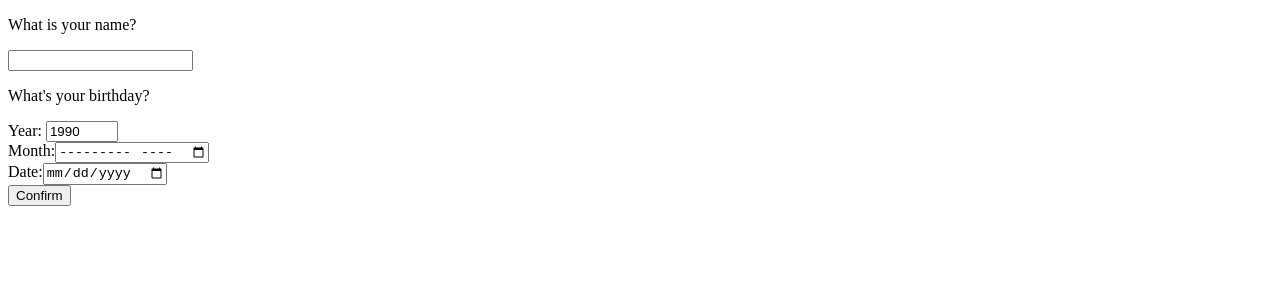
Repository: MiaoS/CMPE273_HW1
Page: HW1_javascript/variables.html
An editor plug-in stored every save of this project. The page is shown before and after the next save, followed by the edit.
The browser window is 1280 px wide. The pictures show the whole page.

Above is the page before, as saved 2016-09-07 22:36:00.

After the next save:
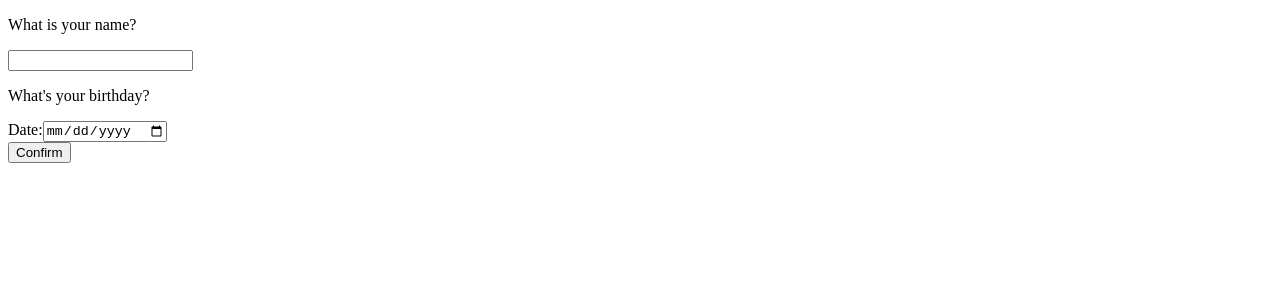
Saved 6 min 42 s later.
--- a/HW1_javascript/variables.html
+++ b/HW1_javascript/variables.html
@@ -9,9 +9,9 @@
 <p id='Q1'>What is your name?</p>
 <input name='yourName' type='text'>
 <p id='Q2'>What's your birthday?</p>
-Year: <input type="number" min="1916" max="2016" step="1"
+<!-- Year: <input type="number" min="1916" max="2016" step="1"
 value="1990" name="year"><br>
-Month:<input type="month" name="month"><br>
+Month:<input type="month" name="month"><br> -->
 Date:<input type="date" name="date"><br>
 <input type="button" name="submit" value="Confirm">
 <!-- onClick = getResponse-->
